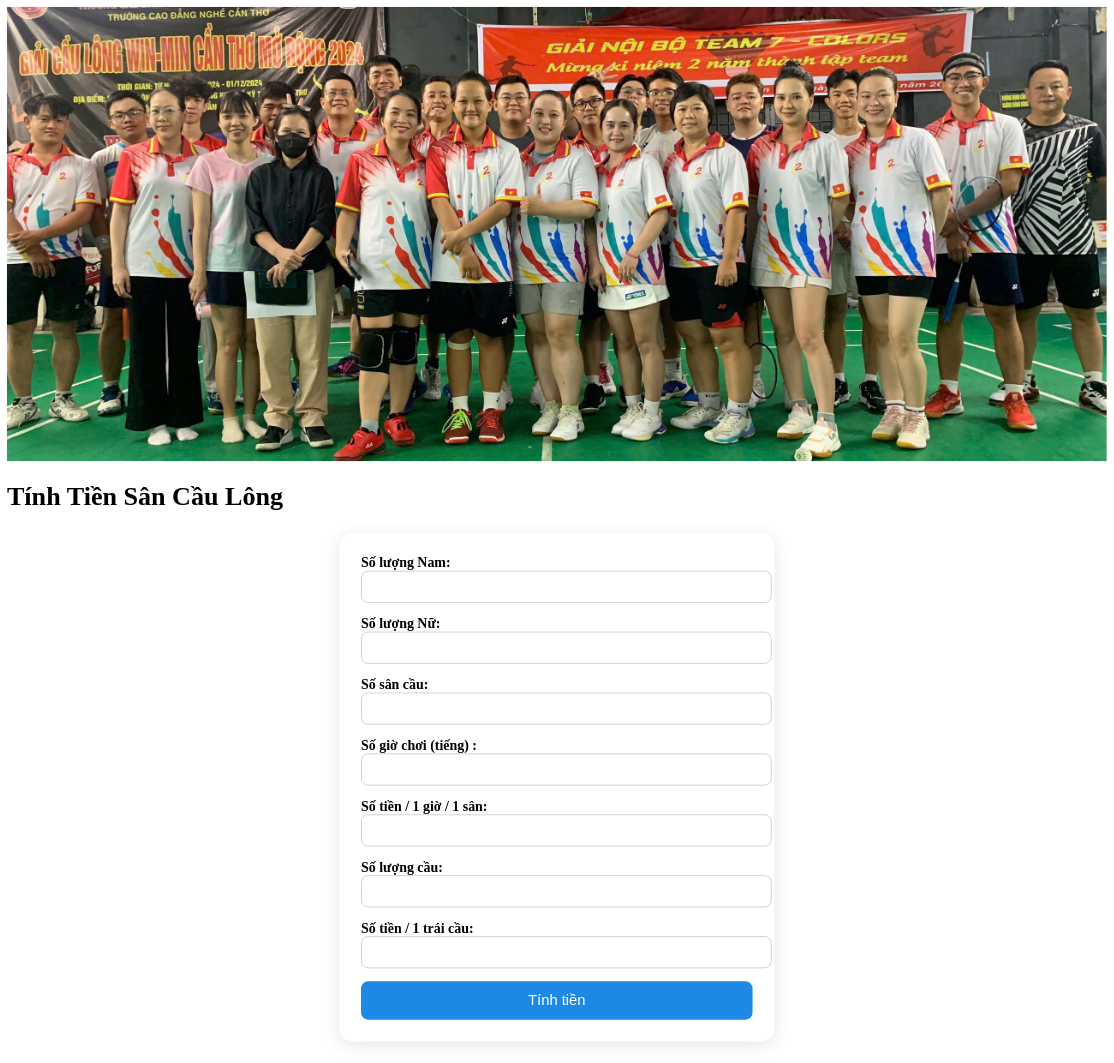
Repository: LuongPTCE181311/Badminton
Page: index.html
The author's editor kept a copy of each file at every save. The page is drawn from the files as they stood at one save, then again after the next save.
The browser window is 1280 px wide. The pictures show the whole page, at 87% of full size.

Above is the page before, as saved 2025-12-07 21:47:13.

### index.html
<!DOCTYPE html>
<html lang="vi">

<head>
    <meta charset="UTF-8" />
    <meta name="viewport" content="width=device-width, initial-scale=1.0" />
    <title>Tính Tiền Sân Cầu Lông</title>
    <link rel="stylesheet" href="assets/css/style.css" />
</head>

<body>


    <div class="hero">
        <img src="assets/images/Caulongvuive.jpg" id="img" class="hero-img" alt="Group" />
        <h1 class="title">Tính Tiền Sân Cầu Lông</h1>
    </div>


    <div class="container">
        <form id="calcForm">


            <div class="form-group">
                <label>Số lượng Nam:</label>
                <input type="number" id="men" />
                <span class="error" id="men_err"></span>
            </div>


            <div class="form-group">
                <label>Số lượng Nữ:</label>
                <input type="number" id="women" />
                <span class="error" id="women_err"></span>
            </div>


            <div class="form-group">
                <label>Số sân cầu:</label>
                <input type="number" id="courts" />
                <span class="error" id="courts_err"></span>
            </div>


            <div class="form-group">
                <label>Số giờ chơi (tiếng) :</label>
                <input type="number" id="hours" />
                <span class="error" id="hours_err"></span>
            </div>


            <div class="form-group">
                <label>Số tiền / 1 giờ / 1 sân:</label>
                <input type="number" id="pricePerHour" />
                <span class="error" id="pricePerHour_err"></span>
            </div>


            <div class="form-group">
                <label>Số lượng cầu:</label>
                <input type="number" id="shuttleCount" />
                <span class="error" id="shuttleCount_err"></span>
            </div>


            <div class="form-group">
                <label>Số tiền / 1 trái cầu:</label>
                <input type="number" id="pricePerShuttle" />
                <span class="error" id="pricePerShuttle_err"></span>
            </div>


            <button type="button" id="calculateBtn" class="btn">Tính tiền</button>
        </form>
    </div>


    <div id="resultModal" class="modal hidden">
        <div class="modal-content">
            <h2>Kết Quả Tính Tiền</h2>
            <div id="result"></div>
            <button id="closeModal" class="close-btn">Đóng</button>
        </div>
    </div>


    <script src="assets/js/main.js"></script>
</body>

</html>

### assets/css/style.css
body {
  margin-bottom: 10px;
}

.title {
  font-size: 30px;
  font-weight: bold;
}

.container {
  width: 450px;
  margin: 25px auto;
  background: white;
  padding: 25px;
  border-radius: 15px;
  box-shadow: 0 4px 20px rgba(0, 0, 0, 0.1);
}

.form-group {
  margin-bottom: 15px;
}

label {
  font-weight: 600;
}

input {
  width: 100%;
  padding: 10px;
  border-radius: 8px;
  border: 1px solid #ccc;
  transition: 0.3s;
}

input.error-border {
  border-color: red !important;
}

.error {
  font-size: 12px;
  color: red;
}

.btn {
  width: 100%;
  padding: 12px;
  background: #1e88e5;
  color: white;
  font-size: 17px;
  border: none;
  border-radius: 8px;
  cursor: pointer;
}

.modal {
  position: fixed;
  inset: 0;
  background: rgba(0, 0, 0, 0.5);
  display: flex;
  justify-content: center;
  align-items: center;
}

.hidden {
  display: none !important;
}

.modal-content {
  background: white;
  padding: 20px;
  width: 350px;
  border-radius: 10px;
  text-align: center;
  box-shadow: 0 4px 15px rgba(0, 0, 0, 0.2);
}

.close-btn {
  margin-top: 15px;
  background: #e53935;
  color: white;
  padding: 10px;
  width: 100%;
  border: none;
  border-radius: 6px;
  cursor: pointer;
}

#img {
  width: 100%;
}

h1 {
    te
}

### assets/js/main.js
// ===================== VALIDATION =========================

function setError(id, message) {
  const input = document.getElementById(id);
  const err = document.getElementById(id + "_err");
  err.textContent = message;
  input.classList.add("error-border");
}

function clearError(id) {
  const input = document.getElementById(id);
  const err = document.getElementById(id + "_err");
  err.textContent = "";
  input.classList.remove("error-border");
}

function validateField(id) {
  const value = document.getElementById(id).value.trim();

  switch (id) {
    case "men":
    case "women":
      if (value === "" || isNaN(value) || parseInt(value) < 0) {
        setError(id, "Giá trị phải ≥ 0");
        return false;
      }
      // Kiểm tra cả nam và nữ đều là 0
      const men = parseInt(document.getElementById("men").value) || 0;
      const women = parseInt(document.getElementById("women").value) || 0;
      if (men === 0 && women === 0) {
        setError(id, "Nam + Nữ phải ≥ 1");
        return false;
      }
      break;

    case "courts":
      if (value === "" || isNaN(value) || parseInt(value) <= 0) {
        setError(id, "Số sân phải > 0");
        return false;
      }
      break;

    case "hours":
      if (value === "" || isNaN(value) || parseFloat(value) <= 0) {
        setError(id, "Số giờ phải > 0 (cho phép thập phân)");
        return false;
      }
      break;

    case "pricePerHour":
      if (value === "" || isNaN(value) || parseInt(value) < 1000) {
        setError(id, "Tiền / giờ phải ≥ 1000đ");
        return false;
      }
      break;

    case "shuttleCount":
      if (value === "" || isNaN(value) || parseInt(value) <= 0) {
        setError(id, "Số lượng cầu phải > 0");
        return false;
      }
      break;

    case "pricePerShuttle":
      if (value === "" || isNaN(value) || parseInt(value) < 1000) {
        setError(id, "Tiền 1 trái cầu phải ≥ 1000đ");
        return false;
      }
      break;
  }

  clearError(id);
  return true;
}

// Gắn validate realtime
[
  "men",
  "women",
  "courts",
  "hours",
  "pricePerHour",
  "shuttleCount",
  "pricePerShuttle",
].forEach((id) => {
  document.getElementById(id).addEventListener("input", () => {
    validateField(id);
    // Khi thay đổi nam hoặc nữ, validate cả 2 trường
    if (id === "men" || id === "women") {
      const otherId = id === "men" ? "women" : "men";
      validateField(otherId);
    }
  });
});

// ===================== MODAL =========================

function closeModal() {
  document.getElementById("resultModal").classList.add("hidden");
}

function openModal() {
  document.getElementById("resultModal").classList.remove("hidden");
}

document.getElementById("closeModal").addEventListener("click", closeModal);

function roundUpToThousand(num) {
  return Math.ceil(num / 1000) * 1000;
}

// ===================== THUẬT TOÁN TỐI ƯU =========================

function findOptimalSplit(total, men, women) {
  let bestSolution = null;
  let minDifference = Infinity; // Chênh lệch giữa tổng thực tế và tổng dự kiến

  // Thử các chênh lệch từ 3000đ đến 5000đ
  for (let targetDiff = 3000; targetDiff <= 5000; targetDiff += 1000) {
    // Giải hệ phương trình để tìm perMan và perWoman ban đầu
    // perMan * men + perWoman * women = total
    // perMan - perWoman = targetDiff

    let perWoman = (total - targetDiff * men) / (men + women);
    let perMan = perWoman + targetDiff;

    // Làm tròn lên 1000đ
    perWoman = roundUpToThousand(perWoman);
    perMan = roundUpToThousand(perMan);

    // Điều chỉnh để đảm bảo chênh lệch trong khoảng 3000-5000
    while (perMan - perWoman < 3000) {
      perMan += 1000;
    }
    while (perMan - perWoman > 5000) {
      perWoman += 1000;
    }

    // Tính tổng thực tế
    let actualTotal = perMan * men + perWoman * women;

    // Nếu tổng thực tế < tổng dự kiến, tăng dần
    while (actualTotal < total) {
      // Thử tăng perWoman trước (ít ảnh hưởng hơn nếu số nữ ít)
      const option1Woman = perWoman + 1000;
      const option1Total = perMan * men + option1Woman * women;

      // Kiểm tra xem có cần tăng perMan để giữ chênh lệch không
      if (perMan - option1Woman < 3000) {
        perMan += 1000;
      }
      perWoman = option1Woman;
      actualTotal = perMan * men + perWoman * women;
    }

    // Kiểm tra chênh lệch nam/nữ vẫn trong khoảng hợp lệ
    const genderDiff = perMan - perWoman;
    if (genderDiff < 3000 || genderDiff > 5000) {
      continue; // Bỏ qua phương án này
    }

    // So sánh với phương án tốt nhất
    const difference = actualTotal - total;
    if (difference < minDifference) {
      minDifference = difference;
      bestSolution = {
        perMan: perMan,
        perWoman: perWoman,
        actualTotal: actualTotal,
        genderDiff: genderDiff,
      };
    }
  }

  return bestSolution;
}

// ===================== CALCULATE =========================

document.getElementById("calculateBtn").addEventListener("click", function () {
  let ok = true;
  const ids = [
    "men",
    "women",
    "courts",
    "hours",
    "pricePerHour",
    "shuttleCount",
    "pricePerShuttle",
  ];

  ids.forEach((id) => {
    if (!validateField(id)) ok = false;
  });

  if (!ok) return;

  const men = parseInt(document.getElementById("men").value) || 0;
  const women = parseInt(document.getElementById("women").value) || 0;
  const courts = parseInt(document.getElementById("courts").value);
  const hours = parseFloat(document.getElementById("hours").value);
  const pHour = parseInt(document.getElementById("pricePerHour").value);
  const scount = parseInt(document.getElementById("shuttleCount").value);
  const pShut = parseInt(document.getElementById("pricePerShuttle").value);

  // Tính tổng: (số sân × số giờ × giá/giờ) + (số cầu × giá cầu)
  const courtCost = courts * hours * pHour;
  const shuttleCost = scount * pShut;
  const total = courtCost + shuttleCost;

  let perMan = 0,
    perWoman = 0,
    actualTotal = 0;

  if (men > 0 && women > 0) {
    // Sử dụng thuật toán tối ưu
    const solution = findOptimalSplit(total, men, women);
    perMan = solution.perMan;
    perWoman = solution.perWoman;
    actualTotal = solution.actualTotal;

    document.getElementById("result").innerHTML = `
        <b>Chi tiết chi phí:</b><br>
        • Tiền sân: ${courts} sân × ${hours}h × ${pHour.toLocaleString(
      "vi-VN"
    )}đ = ${courtCost.toLocaleString("vi-VN")} VND<br>
        • Tiền cầu: ${scount} cầu × ${pShut.toLocaleString(
      "vi-VN"
    )}đ = ${shuttleCost.toLocaleString("vi-VN")} VND<br><br>

        <b>Tổng dự kiến:</b> ${total.toLocaleString("vi-VN")} VND<br>
        <b>Tổng thực tế:</b> ${actualTotal.toLocaleString("vi-VN")} VND<br>
        <b>Chênh lệch tổng:</b> +${(actualTotal - total).toLocaleString(
          "vi-VN"
        )} VND<br><br>

        <b>Tiền mỗi nam:</b> ${perMan.toLocaleString("vi-VN")} đ (x${men})<br>
        <b>Tiền mỗi nữ:</b> ${perWoman.toLocaleString(
          "vi-VN"
        )} đ (x${women})<br><br>

        <b>Chênh lệch Nam/Nữ:</b> ${(perMan - perWoman).toLocaleString(
          "vi-VN"
        )} đ
    `;
  } else if (men > 0) {
    perMan = roundUpToThousand(total / men);
    actualTotal = perMan * men;

    document.getElementById("result").innerHTML = `
        <b>Chi tiết chi phí:</b><br>
        • Tiền sân: ${courts} sân × ${hours}h × ${pHour.toLocaleString(
      "vi-VN"
    )}đ = ${courtCost.toLocaleString("vi-VN")} VND<br>
        • Tiền cầu: ${scount} cầu × ${pShut.toLocaleString(
      "vi-VN"
    )}đ = ${shuttleCost.toLocaleString("vi-VN")} VND<br><br>

        <b>Tổng dự kiến:</b> ${total.toLocaleString("vi-VN")} VND<br>
        <b>Tổng thực tế:</b> ${actualTotal.toLocaleString("vi-VN")} VND<br>
        <b>Chênh lệch:</b> +${(actualTotal - total).toLocaleString(
          "vi-VN"
        )} VND<br><br>

        <b>Tiền mỗi nam:</b> ${perMan.toLocaleString("vi-VN")} đ (x${men})
    `;
  } else {
    perWoman = roundUpToThousand(total / women);
    actualTotal = perWoman * women;

    document.getElementById("result").innerHTML = `
        <b>Chi tiết chi phí:</b><br>
        • Tiền sân: ${courts} sân × ${hours}h × ${pHour.toLocaleString(
      "vi-VN"
    )}đ = ${courtCost.toLocaleString("vi-VN")} VND<br>
        • Tiền cầu: ${scount} cầu × ${pShut.toLocaleString(
      "vi-VN"
    )}đ = ${shuttleCost.toLocaleString("vi-VN")} VND<br><br>

        <b>Tổng dự kiến:</b> ${total.toLocaleString("vi-VN")} VND<br>
        <b>Tổng thực tế:</b> ${actualTotal.toLocaleString("vi-VN")} VND<br>
        <b>Chênh lệch:</b> +${(actualTotal - total).toLocaleString(
          "vi-VN"
        )} VND<br><br>

        <b>Tiền mỗi nữ:</b> ${perWoman.toLocaleString("vi-VN")} đ (x${women})
    `;
  }

  openModal();
});

After the next save:
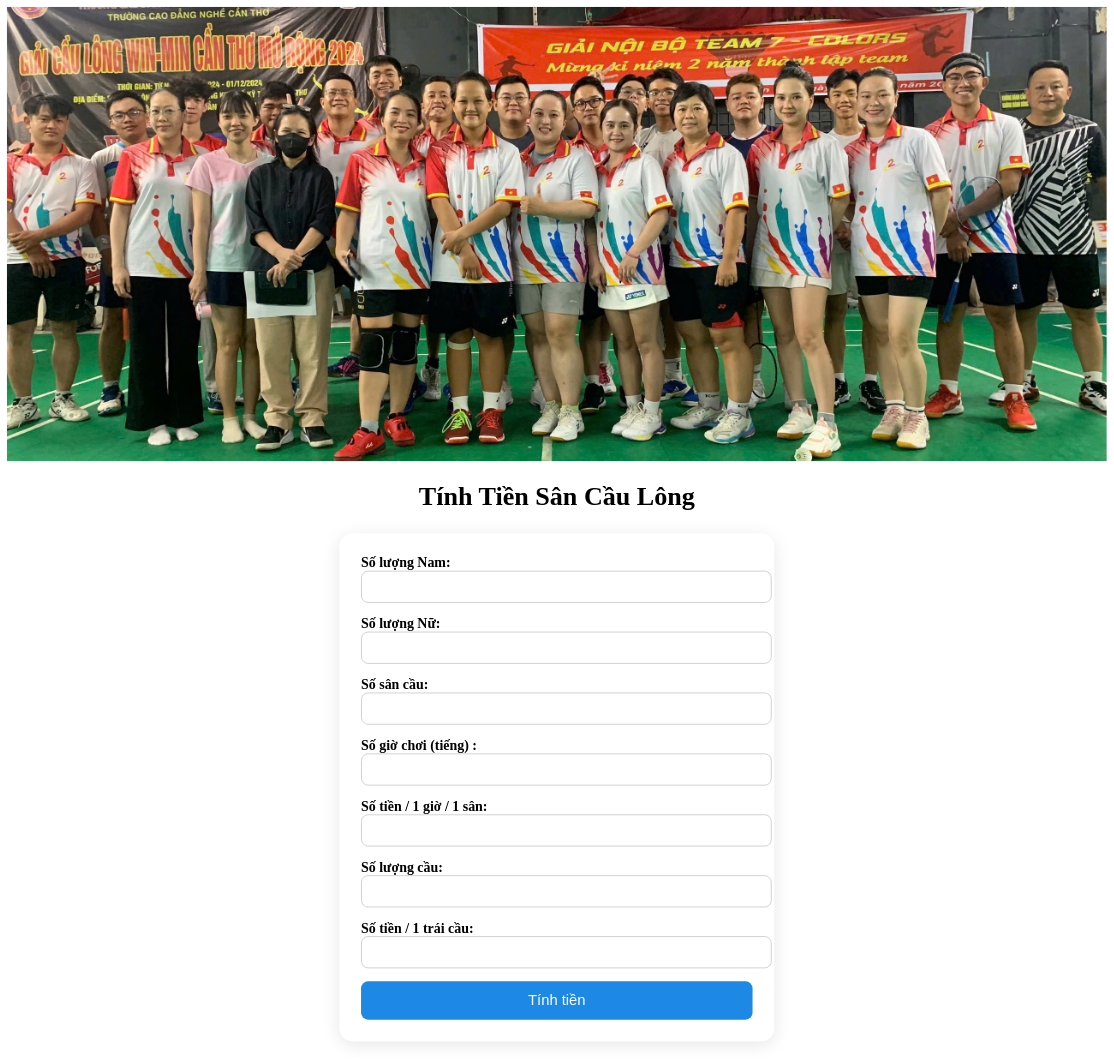
Saved 4 s later.
--- a/assets/css/style.css
+++ b/assets/css/style.css
@@ -90,5 +90,5 @@ input.error-border {
 }
 
 h1 {
-    te
+    text-align: center;
 }
